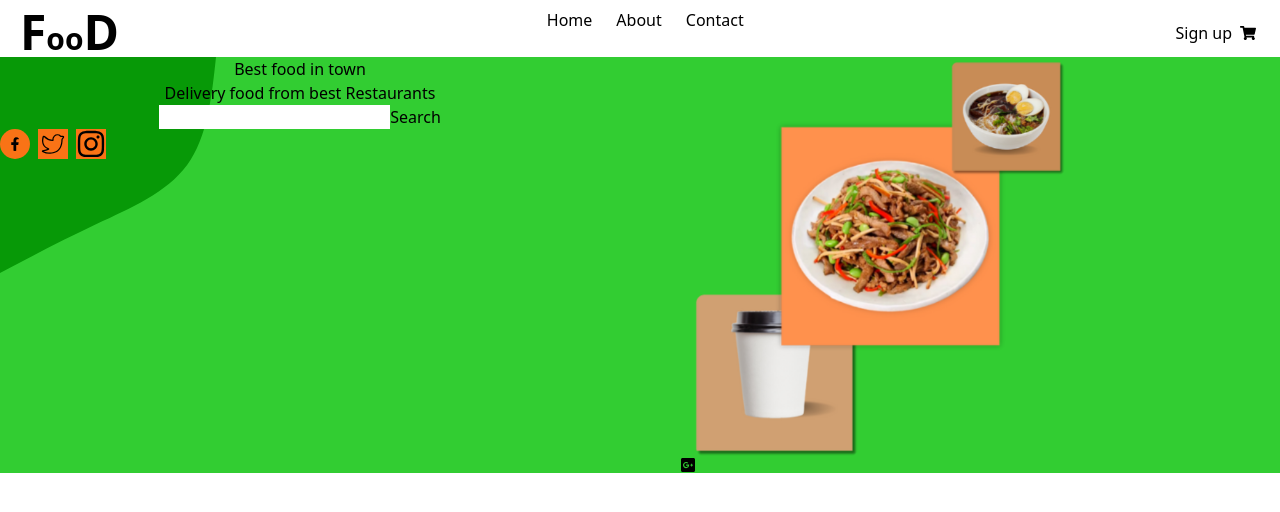
Repository: KhushiCode14/FoodWeb
Page: /
The author's editor kept a copy of each file at every save. The page is drawn from the files as they stood at one save, then again after the next save.
The browser window is 1280 px wide. The pictures show the whole page.
The project was rebuilt for these pictures with package versions that can differ from the ones it lists, and the page was loaded fresh each time. Also part of the build but not shown: src/components/Home/SignUp.tsx, src/components/Home/SignIn.tsx.

Above is the page before, as saved 2024-09-19 19:57:19.

After the next save:
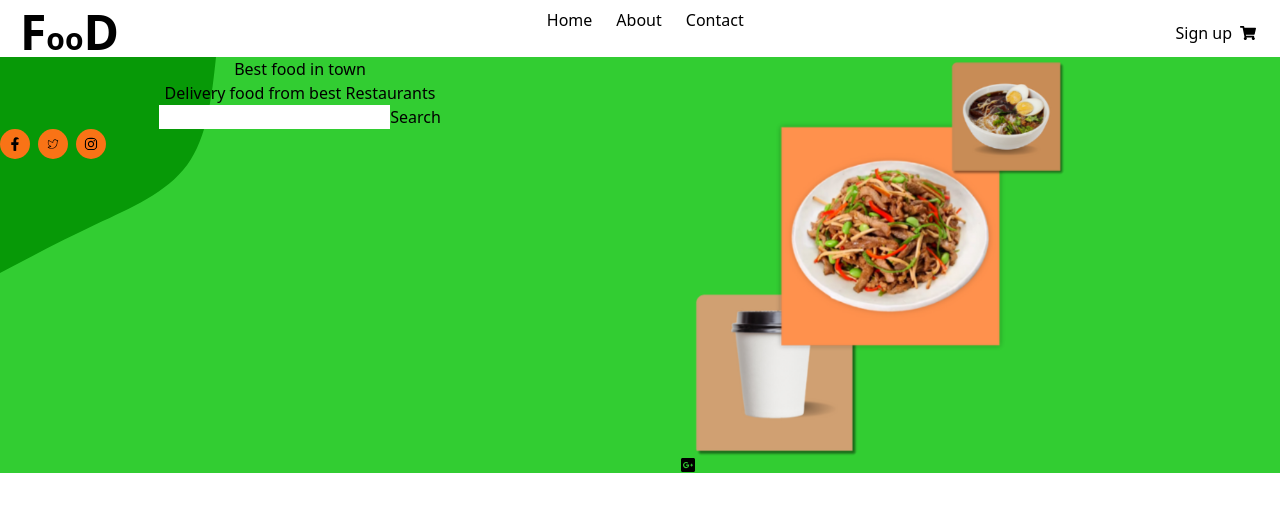
Saved 4 s later.
--- a/src/Pages/Home.tsx
+++ b/src/Pages/Home.tsx
@@ -17,9 +17,9 @@ const Home: React.FC = () => {
           <div className="flex gap-2  ">
             <Link to="/about"><FaFacebookF  size={30}className="bg-orange-500  text-black rounded-full font-extrabold  p-2"/>
             </Link>
-            <Link to=""> < CiTwitter  size={30}className="bg-orange-500  p-2rounded-full" />
+            <Link to=""> < CiTwitter  size={30}className="bg-orange-500  p-2 rounded-full" />
             </Link>
-            <Link to="">  <FaInstagram  size={30}className="bg-orange-500  p-2rounded-full" />
+            <Link to="">  <FaInstagram  size={30}className="bg-orange-500  p-2 rounded-full" />
             </Link>
 
           </div>
